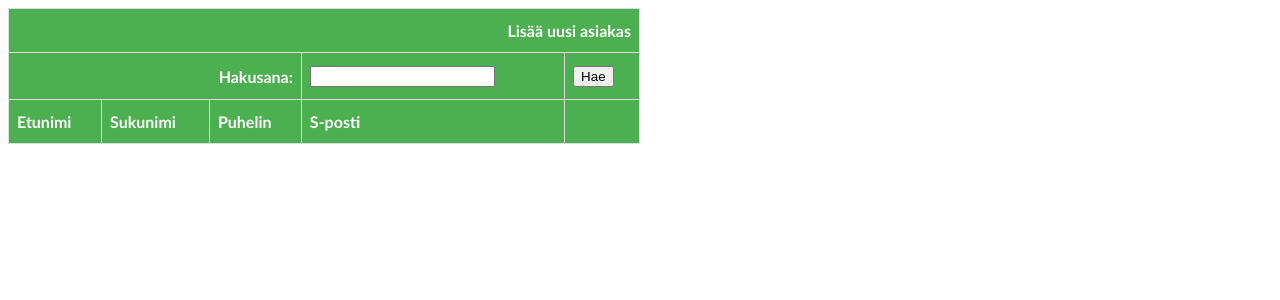
Repository: bradech/asiakkaat
Page: http://localhost/Asiakkaat/listaaasiakkaat.jsp
The author's editor kept a copy of each file at every save. The page is drawn from the files as they stood at one save, then again after the next save.
The browser window is 1280 px wide. The pictures show the whole page.
The page is served by Tomcat 9. Other server files are loaded and not shown.

Above is the page before, as saved 2020-01-26 10:04:59.

### Asiakkaat/WebContent/listaaasiakkaat.jsp
<%@ page language="java" contentType="text/html; charset=ISO-8859-1"
    pageEncoding="ISO-8859-1"%>
<!DOCTYPE html>
<html>
<head>
<meta charset="ISO-8859-1">
<script src="https://ajax.googleapis.com/ajax/libs/jquery/3.4.1/jquery.min.js"></script>
<link rel="stylesheet" type="text/css" href="css/main.css">
<title>Asiakkaiden listaus</title>
</head>
<body>
	<span id="ilmo"></span>
	<table id="listaus">
		<thead>
			<tr>
				<th colspan="5" class="oikealle"><span id="uusiAsiakas">Lisää uusi asiakas</span></th>
			</tr>
			<tr>
				<th colspan="3" class="oikealle">Hakusana:</th>
				<th><input type="text" id="hakusana"></th>
				<th><input type="button" id="hae" value="Hae"></th>
			</tr>
			<tr>
				<th>Etunimi</th>
				<th>Sukunimi</th>
				<th>Puhelin</th>
				<th>S-posti</th>
				<th></th>
			</tr>
		</thead>
		<tbody>
		</tbody>
	</table>
<script>
$(document).ready(function(){

	$("#uusiAsiakas").click(function(){
		document.location="lisaaasiakas.jsp";
	});

	$(document.body).on("keydown", function(event){
		  if(event.which==13){ //Enteriä painettu, ajetaan haku
			  haeTiedot();
		  }
	});

	$("#hae").click(function(){
		haeTiedot();
	});
});
//Funktio tietoja hakemista varten. Kutsutaan backin GET-metodia ja välitetään hakusana. Jos ei hakusanaa, niin tuodaan kaikki tiedot.
//GET /asiakkaat/haemonta/hakusana
function haeTiedot(){
	$("#listaus tbody").empty();
	$.ajax({url:"asiakkaat/haemonta/"+$("#hakusana").val(), type:"GET", dataType:"json", success:function(result){
		$.each(result.asiakkaat, function(i, field){
        	var htmlStr;
        	htmlStr+="<tr id='rivi_"+field.asiakas_id+"'>";
        	htmlStr+="<td>"+field.etunimi+"</td>";
        	htmlStr+="<td>"+field.sukunimi+"</td>";
        	htmlStr+="<td>"+field.puhelin+"</td>";
        	htmlStr+="<td>"+field.sposti+"</td>";
        	htmlStr+="<td><a href='muutaasiakas.jsp?asiakas_id="+field.asiakas_id+"'>Muuta</a>&nbsp;";
        	htmlStr+="<span class='poista' onclick=poista("+field.asiakas_id+",'"+field.etunimi+"','"+field.sukunimi+"')>Poista</span></td>";
        	htmlStr+="</tr>";
        	$("#listaus tbody").append(htmlStr);
        });
    }});
}

//Funktio tietojen muuttamista varten. Kutsutaan backin DELETE-metodia ja välitetään poistettavan tiedon id.
//DELETE /asiakkaat/id
function poista(asiakas_id, etunimi, sukunimi){
	if(confirm("Poista asiakas " + etunimi +" "+ sukunimi +"?")){
		$.ajax({url:"asiakkaat/"+asiakas_id, type:"DELETE", dataType:"json", success:function(result) { //result on joko {"response:1"} tai {"response:0"}
	        if(result.response==0){
	        	$("#ilmo").html("Asiakkaan poisto epäonnistui.");
	        }else if(result.response==1){
	        	$("#rivi_"+asiakas_id).css("background-color", "red"); //Värjätään poistetun asiakkaan rivi
	        	alert("Asiakkaan " + etunimi +" "+ sukunimi +" poisto onnistui.");
				haeTiedot();
			}
	    }});
	}

}
</script>
</body>
</html>

### Asiakkaat/WebContent/css/main.css
@charset "ISO-8859-1";
table {
  font-family: "Trebuchet MS", Arial, Helvetica, sans-serif;
  border-collapse: collapse;
  width: 50%;
}

table td, table th {
  border: 1px solid #ddd;
  padding: 8px;
}

table tbody tr:nth-child(even){background-color: #f2f2f2;}

table tbody tr:hover {background-color: #ddd;}

table th {
  padding-top: 12px;
  padding-bottom: 12px;
  text-align: left;
  background-color: #4CAF50;
  color: white;
}

.poista{
	color: red;
	text-decoration: underline;
	cursor: pointer;
}

.oikealle{
	text-align: right;

}

#uusiAsiakas, #takaisin{
	color: white;
	cursor: pointer;
}

After the next save:
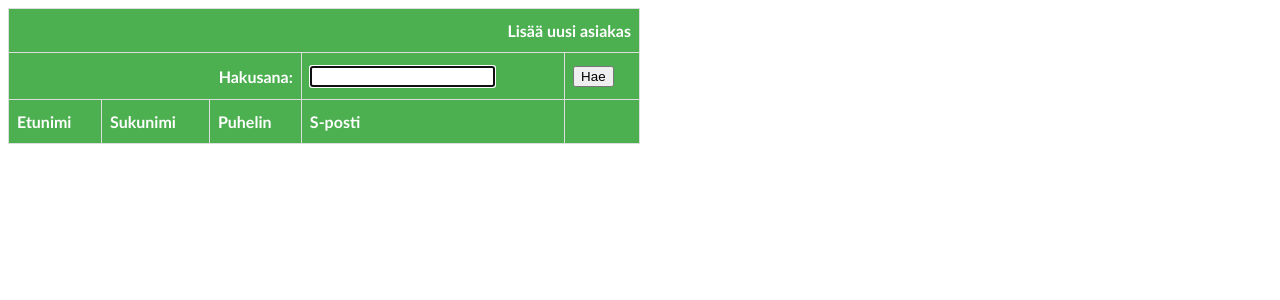
Saved 24 s later.
--- a/Asiakkaat/WebContent/listaaasiakkaat.jsp
+++ b/Asiakkaat/WebContent/listaaasiakkaat.jsp
@@ -47,6 +47,8 @@ $(document).ready(function(){
 	$("#hae").click(function(){
 		haeTiedot();
 	});
+
+	$("#hakusana").focus();//viedään kursori hakusana-kenttään sivun latauksen yhteydessä
 });
 //Funktio tietoja hakemista varten. Kutsutaan backin GET-metodia ja välitetään hakusana. Jos ei hakusanaa, niin tuodaan kaikki tiedot.
 //GET /asiakkaat/haemonta/hakusana
